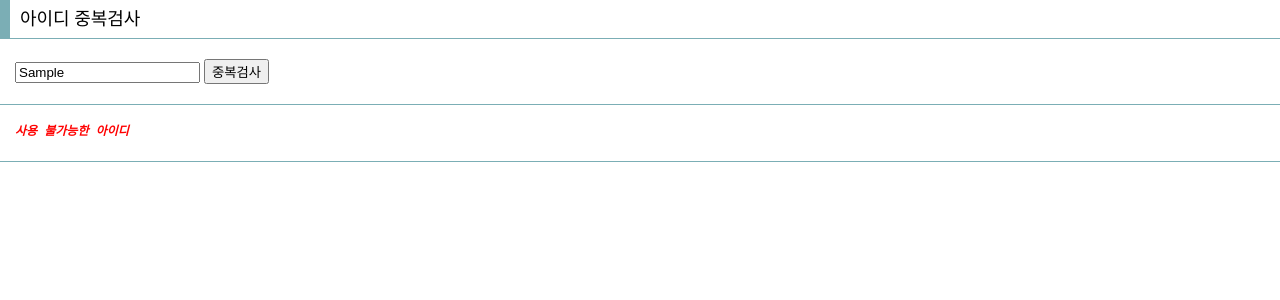
Repository: Choiinhwan11/JAVA
Page: Web/workspace/AJax_jQuery/src/main/webapp/02_xml/exam03.html
An editor plug-in stored every save of this project. The page is shown before and after the next save, followed by the edit.
The browser window is 1280 px wide. The pictures show the whole page.
Empty fields were first filled with sample values (such as "Sample", 5 or name@example.com).
After loading, the first visible `#checkId` was clicked once.

Above is the page before, as saved 2024-02-16 08:37:40.

### Web/workspace/AJax_jQuery/src/main/webapp/02_xml/exam03.html
<!DOCTYPE html>
<html>
<head>
<meta charset="UTF-8">
<title>Insert title here</title>
<link rel="stylesheet" href="../css/common.css">
<link rel="stylesheet" href="../css/reset.css">
</head>
<body>
	<h1 class="title">아이디 중복검사</h1>
	<div class="exec">
	   <input type="text" name="user_id"/>
	   <input type="button" id="checkId" value="중복검사"/>
	 	</div>
	   <div class="console" id="result"></div>
	<script src="http://code.jQuery.com/jquery-3.7.1.min.js"></script>
	 <script>
	   $(function(){
		   $('#checkId').click(function(){
			  var user_id = $('input[name="user_id"]').val();
			  if(!user_id){
				  alert("아이디를 입력하세요.");
				  $('input[name="user_id"]').focus();
				  return false;
			  }
			  $.get('../checkId/checkId.jsp', {'user_id' : user_id}, function(data){
				  console.log(data);
				  var result_txt = $(data).find('result').text();
				  //"true" => true 변환, 문자열 =>boolean 변환
				  var result=  eval("25 + 3");
				  if(result){
					  $('.console').html('<span style="color: red; font-weight: bold;">사용 불가능한 아이디</span>');
				  }else{
					  $('.console').html('<span style="color: red; font-weight: bold;">사용 가능한 아이디</span>');
				  }
			  });
		   });
	   });
	 </script>
</body>
</html>
<!--
(1) $.ajax()
   $.ajax({
      url: "XML파일의 URL",
      type: "get / post",
      data: "파라미터 문자열 key=value&key=value",
      dataType: "xml",
      success: function(data) {
         ... 통신이 성공한 경우 실행되는 함수 ...
      },
      error: function(err){}
   });

(2) $.get() / $.post()
   $.get("url", {파라미터 json}, function(data) {
         ... XML 데이터의 처리 ...
      }, ["xml"]);

예)
var ajax = $.get("url", {파라미터 json}, function(data) {...XML 데이터의 처리...}, ["xml"]);

(3) ajax.fail() / ajax.always()
ajax.fail(function() {
   // 404, 500 에러 등이 발생한 경우 실행될 내용
});

ajax.always(function() {
   // 통신 성공, 실패 여부에 상관없이 무조건 마지막에 호출됨
});
 -->

### Web/workspace/AJax_jQuery/src/main/webapp/css/common.css
@charset "UTF-8";

html, body {
	width: 100%;
	height: 100%;
}

h1.title {
	font-size: large;
	border-left: 10px solid #7BAEB5;
	border-bottom: 1px solid #7BAEB5;
	padding: 10px;
	width: auto;
	background-color: #fff;
}

div.exec, div.console {
	padding: 20px 15px;
	border-bottom: 1px solid #7BAEB5;
}

div.console {
	font-family: 'Courier New';
	font-size: 12px;
	font-style: italic;
	line-height: 130%;
}

div.example {
	padding: 10px 30px;
}

### Web/workspace/AJax_jQuery/src/main/webapp/css/reset.css
@charset "UTF-8";

html, body, div, span, applet, object, iframe,
h1, h2, h3, h4, h5, h6, p, blockquote, pre,
a, abbr, acronym, address, big, cite, code,
del, dfn, em, img, ins, kbd, q, s, samp,
small, strike, strong, sub, sup, tt, var,
b, u, i, center,
dl, dt, dd, ol, ul, li,
fieldset, form, label, legend,
table, caption, tbody, tfoot, thead, tr, th, td,
article, aside, canvas, details, embed,
figure, figcaption, footer, header, hgroup,
menu, nav, output, ruby, section, summary,
time, mark, audio, video {
	margin: 0;
	padding: 0;
	border: 0;
	font-size: 100%;
	font: inherit;
	vertical-align: baseline;
}
/* HTML5 display-role reset for older browsers */
article, aside, details, figcaption, figure,
footer, header, hgroup, menu, nav, section {
	display: block;
}
body {
	line-height: 1;
}
ol, ul {
	list-style: none;
}
blockquote, q {
	quotes: none;
}
blockquote:before, blockquote:after,
q:before, q:after {
	content: '';
	content: none;
}
table {
	border-collapse: collapse;
	border-spacing: 0;
}

After the next save:
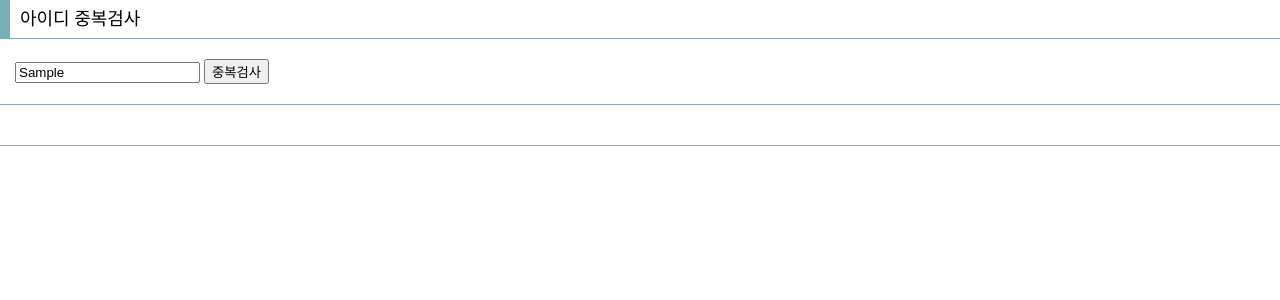
Console error: SyntaxError: Unexpected token '{'
Saved 19 min 7 s later.
--- a/Web/workspace/AJax_jQuery/src/main/webapp/02_xml/exam03.html
+++ b/Web/workspace/AJax_jQuery/src/main/webapp/02_xml/exam03.html
@@ -27,7 +27,7 @@
 				  console.log(data);
 				  var result_txt = $(data).find('result').text();
 				  //"true" => true 변환, 문자열 =>boolean 변환
-				  var result=  eval("25 + 3");
+				  var result=  eval(result_txt);
 				  if(result){
 					  $('.console').html('<span style="color: red; font-weight: bold;">사용 불가능한 아이디</span>');
 				  }else{
